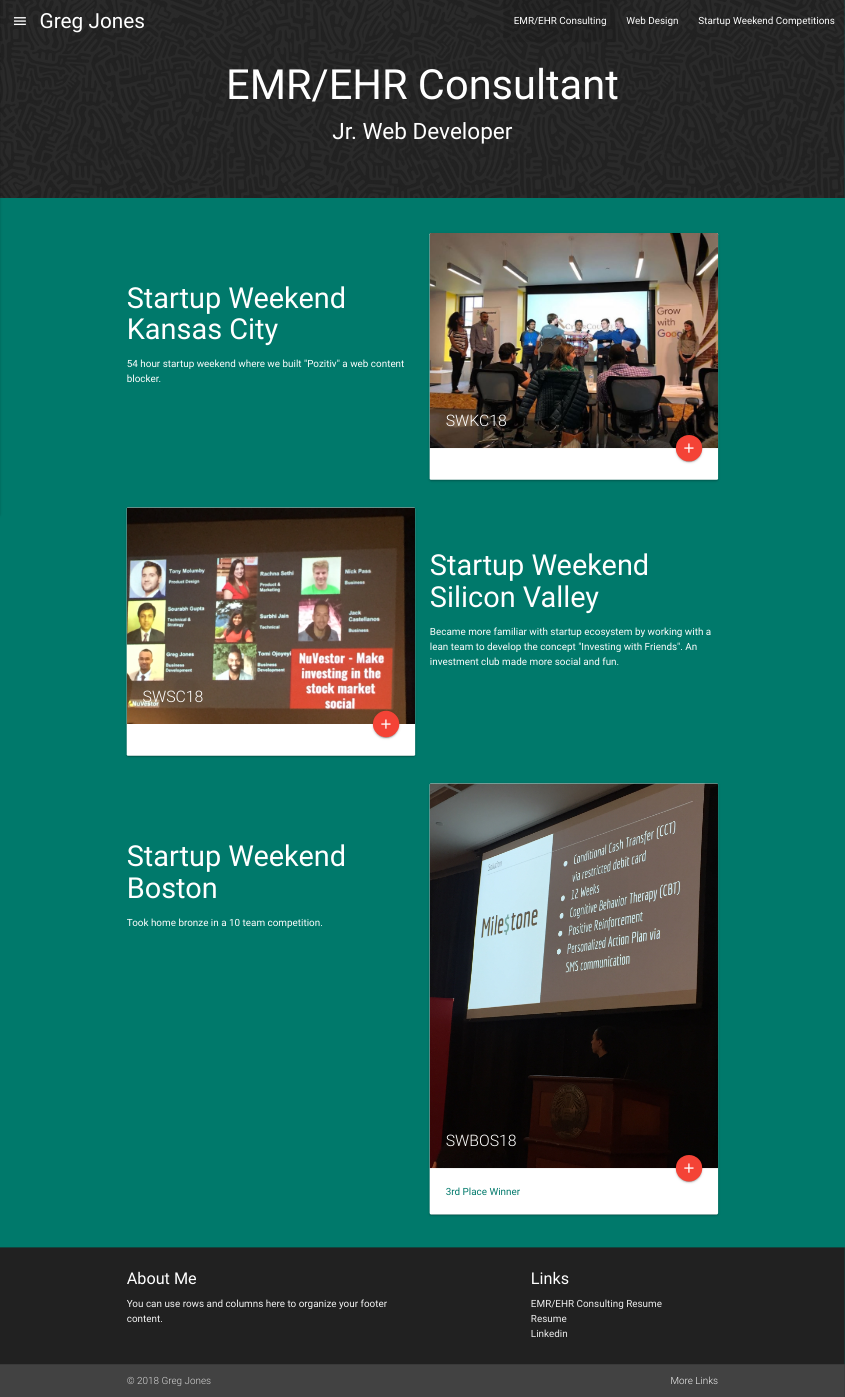
Repository: Greg919617/Existing-Portfolio
Page: sw.html
An editor plug-in stored every save of this project. The page is shown before and after the next save, followed by the edit.
The browser window is 1280 px wide. The pictures show the whole page, at 66% of full size.
Some web libraries are served in a nearby version.

Above is the page before, as saved 2018-06-26 18:19:04.

### sw.html
<!DOCTYPE html>
<html>

<head>
  <!--Import Google Icon Font-->
  <link href="https://fonts.googleapis.com/icon?family=Material+Icons" rel="stylesheet">
  <!--Import materialize.css-->
  <link type="text/css" rel="stylesheet" href="css/materialize.min.css" media="screen,projection" />
  <link type="text/css" rel="stylesheet" href="css/main.css" />

  <!--Let browser know website is optimized for mobile-->
  <meta name="viewport" content="width=device-width, initial-scale=1.0" />
  <title>Galappear</title>
</head>

<body>
  <!-- Header -->
  <header class="main-header">
    <nav class="transparent nav-wrapper z-depth-0">
      <div class="nav-wrapper">
        <a href="#" data-activates="mobile-nav" class="button-collapse show-on-large">
          <i class="material-icons">menu</i>
        </a>
        <a href="index.html" class="brand-logo">Greg Jones</a>
        <ul class="right hide-on-med-and-down">
          <li class="active">
            <a href="index.html">EMR/EHR Consulting</a>
          </li>
          <li>
            <a href="web-design.html">Web Design</a>
          </li>
          <li>
            <a href="sw.html">Startup Weekend Competitions</a>
          </li>
        </ul>
      </div>
      <ul class="side-nav" id="mobile-nav">
        <li>
          <a href="index.html">EMR/EHR Consulting</a>
        </li>
        <li>
          <a href="web-design.html">Web Design</a>
        </li>
        <li>
          <a href="sw.html">Startup Weekend Competitions</a>
        </li>
      </ul>
    </nav>
    <h1 class="center">EMR/EHR Consultant</h1>
    <h4 class="center">Jr. Web Developer</h4>
  </header>

  <!-- Section: Main -->
  <section class="section section-main">
    <div class="container">
      <!-- Row 1 -->
      <div class="row row-1">
        <div class="col m6 hide-on-small-only">
          <div class="img-content">
            <h3>Startup Weekend Kansas City</h3>
            54 hour startup weekend where we built "Pozitiv" a web content blocker.
          </div>
        </div>
        <div class="col m6">
          <div class="card">
            <div class="card-image">
              <img src="img/gallery/pozitiv.jpg" alt="">
              <span class="card-title">SWKC18</span>
              <a href="#sw1" class="btn-floating halfway-fab waves-effect waves-light red modal-trigger">
                <i class="material-icons">add</i>
              </a>
            </div>
            <div class="card-content">
              <p>
                <!-- <i class="material-icons">star</i>
                <i class="material-icons">star</i>
                <i class="material-icons">star</i>
                <i class="material-icons">star</i>
                <i class="material-icons">star</i> -->
              </p>
            </div>
          </div>
        </div>
      </div>

      <!-- Row 2 -->
      <div class="row row-2">
        <div class="col m6">
          <div class="card">
            <div class="card-image">
              <img src="img/gallery/nuvestor.jpg" alt="">
              <span class="card-title">SWSC18</span>
              <a href="#sw2" class="btn-floating halfway-fab waves-effect waves-light red modal-trigger">
                <i class="material-icons">add</i>
              </a>
            </div>
            <div class="card-content">
              <p>
                <!-- <i class="material-icons">star</i>
                <i class="material-icons">star</i>
                <i class="material-icons">star</i>
                <i class="material-icons">star</i>
                <i class="material-icons">star_half</i> -->
              </p>
            </div>
          </div>
        </div>
        <div class="col m6 hide-on-small-only">
          <div class="img-content">
            <h3>Startup Weekend Silicon Valley</h3>
            Became more familiar with startup ecosystem by working with a lean team to develop the concept "Investing with Friends". An investment club made more social and fun.
          </div>
        </div>
      </div>

      <!-- Row 3 -->
      <div class="row row-3">
        <div class="col m6 hide-on-small-only">
          <div class="img-content">
            <h3>Startup Weekend Boston</h3>
            Took home bronze in a 10 team competition.
          </div>
        </div>
        <div class="col m6">
          <div class="card">
            <div class="card-image">
              <img src="img/gallery/milestone-highlight.jpg" alt="">
              <span class="card-title">SWBOS18</span>
              <a href="#sw3" class="btn-floating halfway-fab waves-effect waves-light red modal-trigger">
                <i class="material-icons">add</i>
              </a>
            </div>
            <div class="card-content">
              <p>
                3rd Place Winner
              </p>
            </div>
          </div>
        </div>
      </div>
    </div>
  </section>

  <!-- Footer -->
  <footer class="page-footer">
    <div class="container">
      <div class="row">
        <div class="col l6 s12">
          <h5 class="white-text">About Me</h5>
          <p class="grey-text text-lighten-4">You can use rows and columns here to organize your footer content.</p>
        </div>
        <div class="col l4 offset-l2 s12">
          <h5 class="white-text">Links</h5>
          <ul>
            <li>
              <a class="grey-text text-lighten-3" href="index.html">EMR/EHR Consulting Resume</a>
            </li>
            <li>
              <a class="grey-text text-lighten-3" href="logos.html">Resume</a>
            </li>
            <li>
              <a class="grey-text text-lighten-3" href=".html">Linkedin</a>
            </li>

          </ul>
        </div>
      </div>
    </div>
    <div class="footer-copyright">
      <div class="container">
        © 2018 Greg Jones
        <a class="grey-text text-lighten-4 right" href="#!">More Links</a>
      </div>
    </div>
  </footer>

  <!-- Modal 1 -->
  <div id="sw1" class="modal">
    <div class="modal-content">
      <h4>Pozitiv: Web Content Blocker</h4>
      <img src="img/gallery/pozitiv-cropped.jpg" alt="" class="responsive-img"> <br> I learned how to use node & python web crawlers, and create custom google chrome extensions.
    </div>
    <div class="modal-footer">
      <p>
        <!-- <i class="material-icons">star</i>
        <i class="material-icons">star</i>
        <i class="material-icons">star</i>
        <i class="material-icons">star</i>
        <i class="material-icons">star_half</i> -->
      </p>
    </div>
  </div>

  <!-- Modal 2 -->
  <div id="sw2" class="modal">
    <div class="modal-content">
      <h4>Nuvestor: Making Investing Social</h4>
      <img src="img/gallery/investing-with-friends.jpeg" alt="" class="responsive-img"> Contributions: Market Ressearch, Idea Validation, Business Model.
    </div>
    <div class="modal-footer">
      <p>
        <!-- <i class="material-icons">star</i>
        <i class="material-icons">star</i>
        <i class="material-icons">star</i>
        <i class="material-icons">star</i>
        <i class="material-icons">star</i> -->
      </p>
    </div>
  </div>

  <!-- Modal 3 -->
  <div id="sw3" class="modal">
    <div class="modal-content">
      <h4>Rendann</h4>
      <img src="img/gallery/milestone-highlight.jpg" alt="" class="responsive-img"> Mile$tone a conditional cash tranfer card for recovering drug addicts.
      Patients who overdose on opioids cost health systems between $50,000 and $90,000 to stabilize and discharge. Our solution cuts that number down significantly.
      <br>
      <br>  <a class="leftmost-link" href="https://www.northeastern.edu/nurseinnovation/miletone-3rd-place-winner-2018-hackathon/" target="_blank">Published Blog Click Here</a>
    </div>
    <div class="modal-footer">
      <p>
        <!-- <i class="material-icons">star</i>
        <i class="material-icons">star</i>
        <i class="material-icons">star</i>
        <i class="material-icons">star</i>
        <i class="material-icons">star</i> -->
      </p>
    </div>
  </div>

  <!--Import jQuery before materialize.js-->
  <script type="text/javascript" src="https://code.jquery.com/jquery-3.2.1.min.js"></script>
  <script type="text/javascript" src="js/materialize.min.js"></script>
  <script>
    $(document).ready(function () {
      // Init Sidenav
      $('.button-collapse').sideNav();

      // Init Modal
      $('.modal').modal();

      // Scrollfire
      const options = [
        {
          selector: '.row-1', offset: 50, callback: function (el) {
            Materialize.fadeInImage($(el));
          }
        },
        {
          selector: '.row-2', offset: 300, callback: function (el) {
            Materialize.fadeInImage($(el));
          }
        },
        {
          selector: '.row-3', offset: 400, callback: function (el) {
            Materialize.fadeInImage($(el));
          }
        }
      ];

      Materialize.scrollFire(options);

    });
  </script>
</body>

</html>

Loaded but not shown: css/materialize.min.css (library); css/main.css (library); js/materialize.min.js (library)

After the next save:
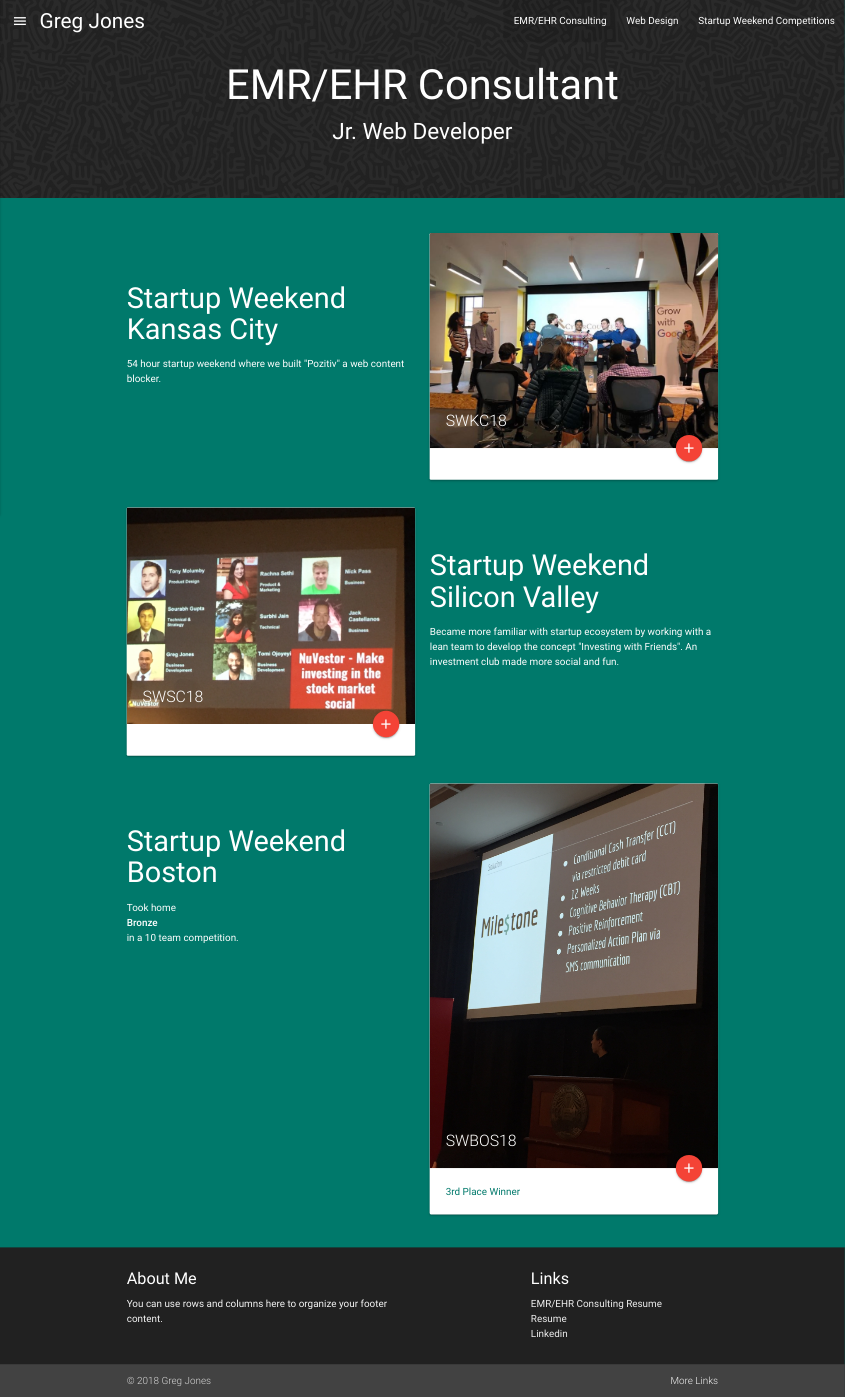
Saved 41 s later.
--- a/sw.html
+++ b/sw.html
@@ -118,7 +118,7 @@
         <div class="col m6 hide-on-small-only">
           <div class="img-content">
             <h3>Startup Weekend Boston</h3>
-            Took home bronze in a 10 team competition.
+            Took home<strong> Bronze </strong> in a 10 team competition.
           </div>
         </div>
         <div class="col m6">
